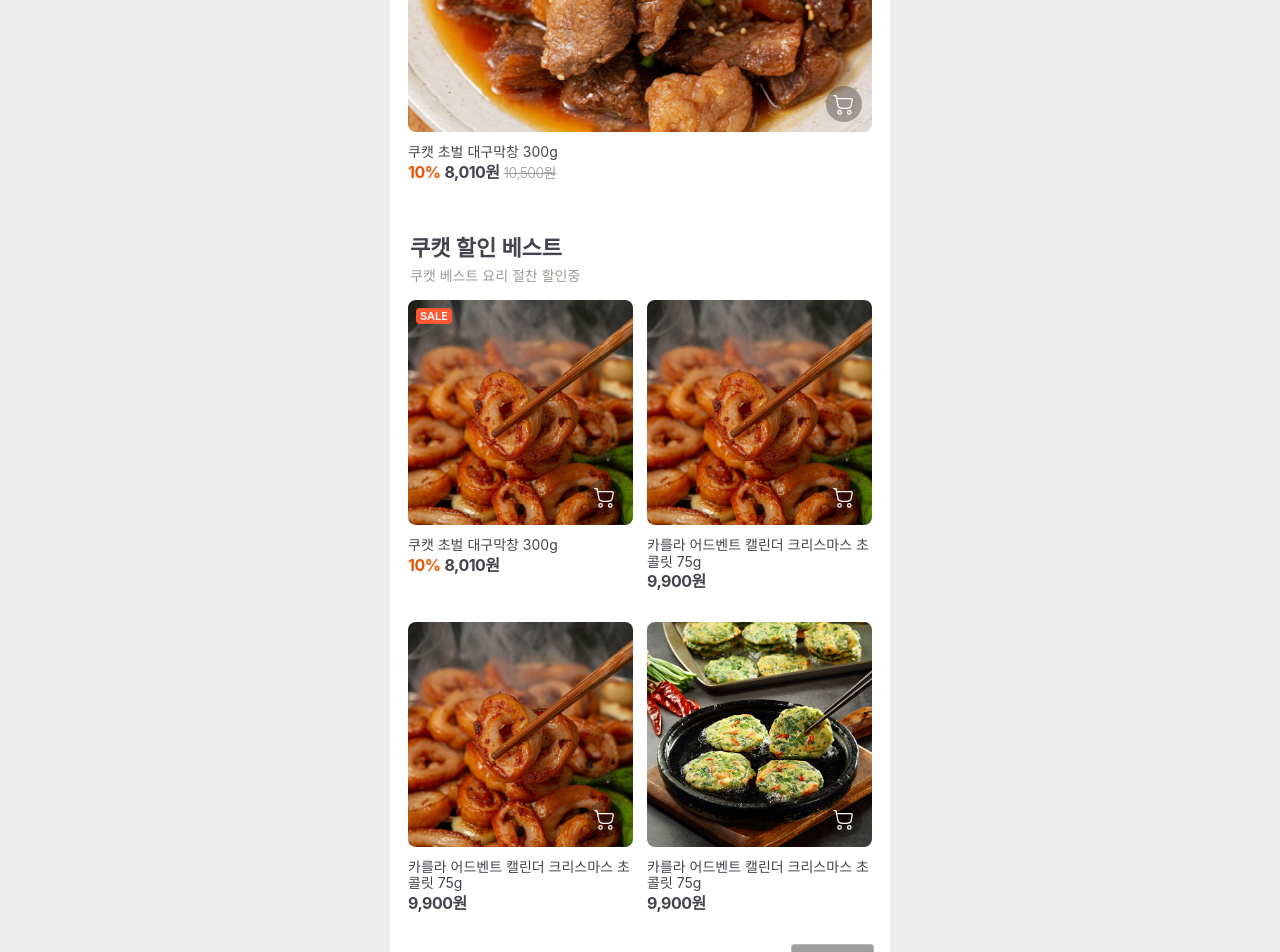
Repository: CooKat/Cookat
Page: specialPrice.html
The author's editor kept a copy of each file at every save. The page is drawn from the files as they stood at one save, then again after the next save.
The browser window is 1280 px wide. The pictures show the part of the page from y = 4017 to 4969 px (the page is 5801 px tall).
Pictures or frames that could not be fetched are drawn as grey boxes. A picture or video elsewhere on the page could not be fetched, so the positions and the page height are approximate. Some web fonts or font styles are not loaded; a fallback is used.

Above is the page before, as saved 2022-12-29 17:04:13.
Not found: css/responsive.css
Not found: js/ex1.js

After the next save:
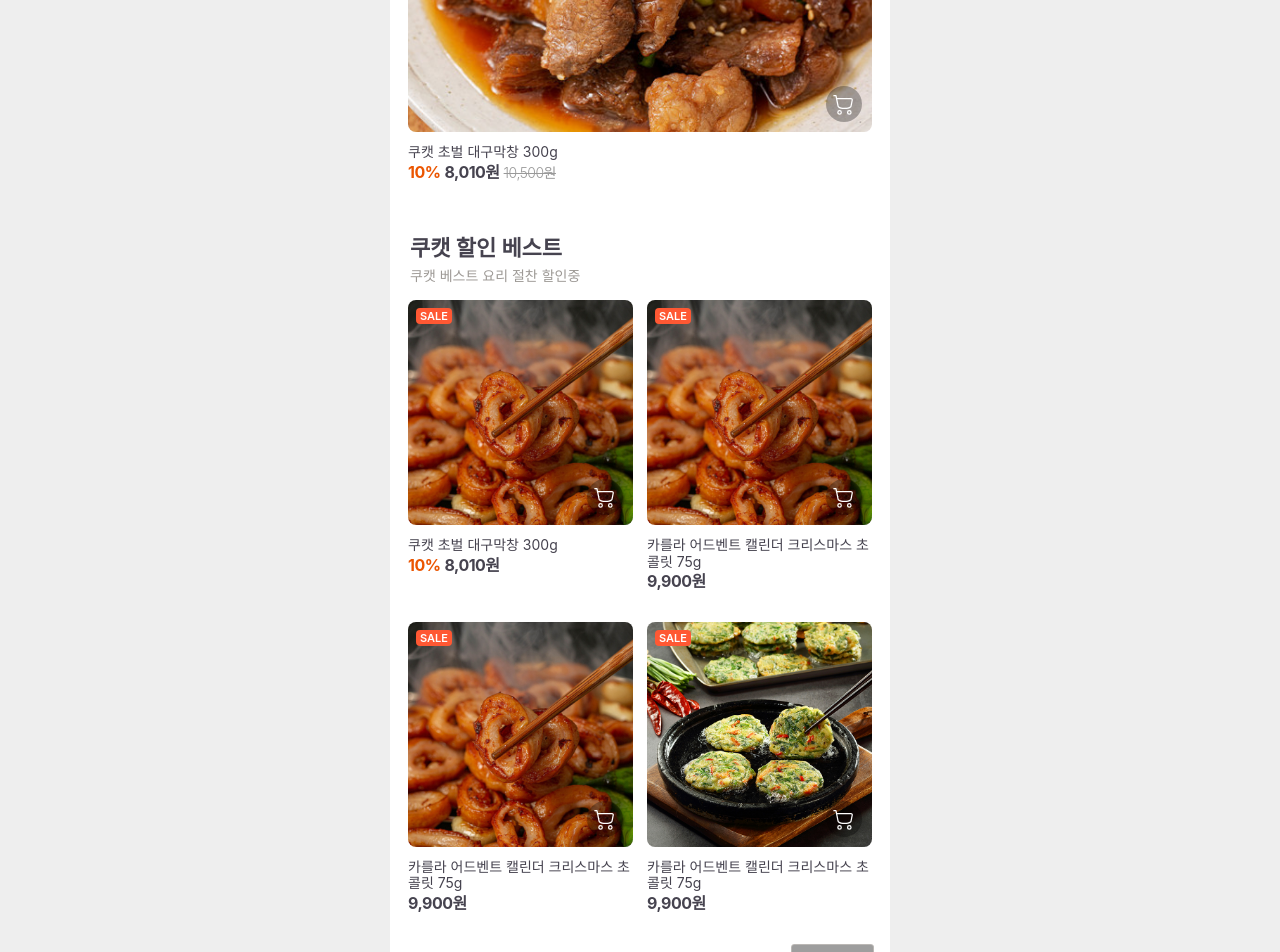
Saved 15 s later.
--- a/specialPrice.html
+++ b/specialPrice.html
@@ -386,6 +386,7 @@
                       alt="장바구니"
                     />
                   </button>
+                  <p class="sale">SALE</p>
                 </div>
                 <div class="prd-info">
                   <h2>
@@ -407,6 +408,7 @@
                       alt="장바구니"
                     />
                   </button>
+                  <p class="sale">SALE</p>
                 </div>
                 <div class="prd-info">
                   <h2>
@@ -429,6 +431,7 @@
                       alt="장바구니"
                     />
                   </button>
+                  <p class="sale">SALE</p>
                 </div>
                 <div class="prd-info">
                   <h2>
